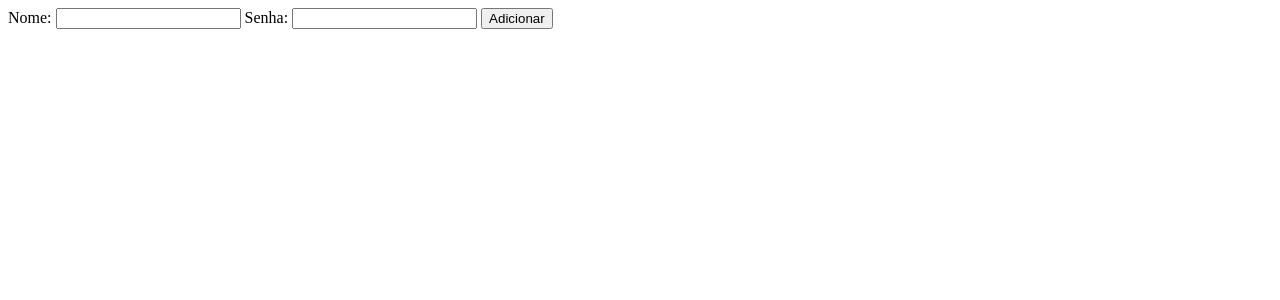
Repository: lmsmorais/ProjectEpiousion
Page: http://localhost/LibraryProject/adicionarUsuario.jsp
The author's editor kept a copy of each file at every save. The page is drawn from the files as they stood at one save, then again after the next save.
The browser window is 1280 px wide. The pictures show the whole page.
The page is served by Tomcat 9.

Above is the page before, as saved 2020-11-11 22:05:21.

After the next save:
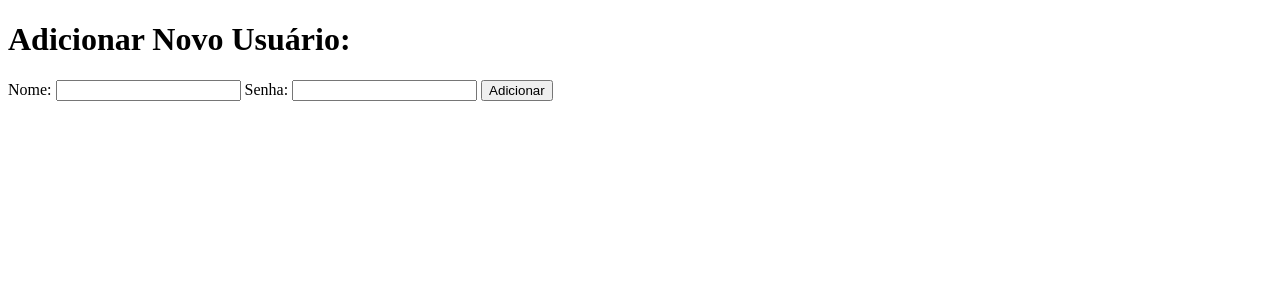
Saved 80 s later.
--- a/LibraryProject/WebContent/adicionarUsuario.jsp
+++ b/LibraryProject/WebContent/adicionarUsuario.jsp
@@ -3,9 +3,10 @@
 <!DOCTYPE html PUBLIC "-//W3C//DTD HTML 4.01 Transitional//EN" "http://www.w3.org/TR/html4/loose.dtd">
 <html>
 <head>
-<title>Adicionar Livro</title>
+<title>Adicionar Usuário</title>
 </head>
 <body>
+<h1>Adicionar Novo Usuário:</h1>
 	<form method="post" action="AdicionarUsuarioServlet">
 		Nome: <input type="text" name="nomeUsuario"/>
 		Senha: <input type="text" name="senhaUsuario"/>
